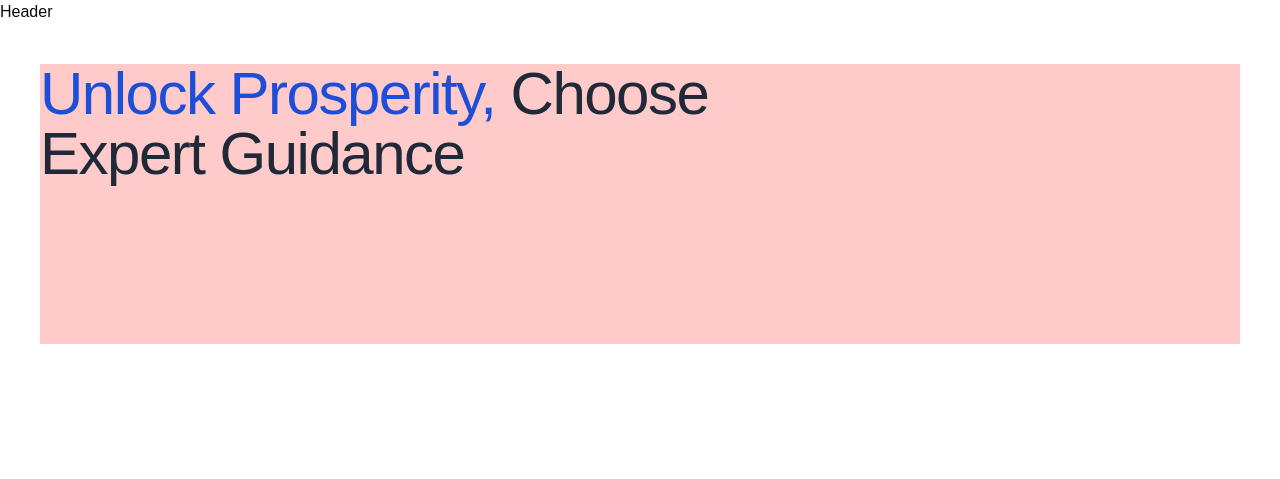
Repository: vespersolutionspk18/integrast-website
Page: /
The author's editor kept a copy of each file at every save. The page is drawn from the files as they stood at one save, then again after the next save.
The browser window is 1280 px wide. The pictures show the whole page.
The project was rebuilt for these pictures with package versions that can differ from the ones it lists, and the page was loaded fresh each time. The framework's server and built-in components were replaced by stand-ins that run in the browser. Also part of the build but not shown: next.config.ts.

Above is the page before, as saved 2024-12-09 14:44:00.

### app/page.tsx
import Image from "next/image";
import Header from "./Header";
import Hero from "./Hero";

export default function Home() {
  return (
    <div>
      <Header />
      <Hero />
    </div>
  );
}

### app/Hero.tsx
import React from 'react'

const Hero = () => {
  return (
    <div className="flex flex-col p-10 ">
        <div className="flex flex-row mt-22 h-[280px] bg-red-200">
            <div className="w-[60%] flex flex-col">
                <h1 className="font-light text-6xl text-blue-700 tracking-tight">Unlock Prosperity, <span className="text-gray-800">Choose Expert Guidance</span></h1>
            </div>
        </div>
    </div>
  )
}

export default Hero

Loaded but not shown: app/layout.tsx (common file); app/globals.css (common file); app/Header.tsx (common file); tailwind.config.ts (common file)

After the next save:
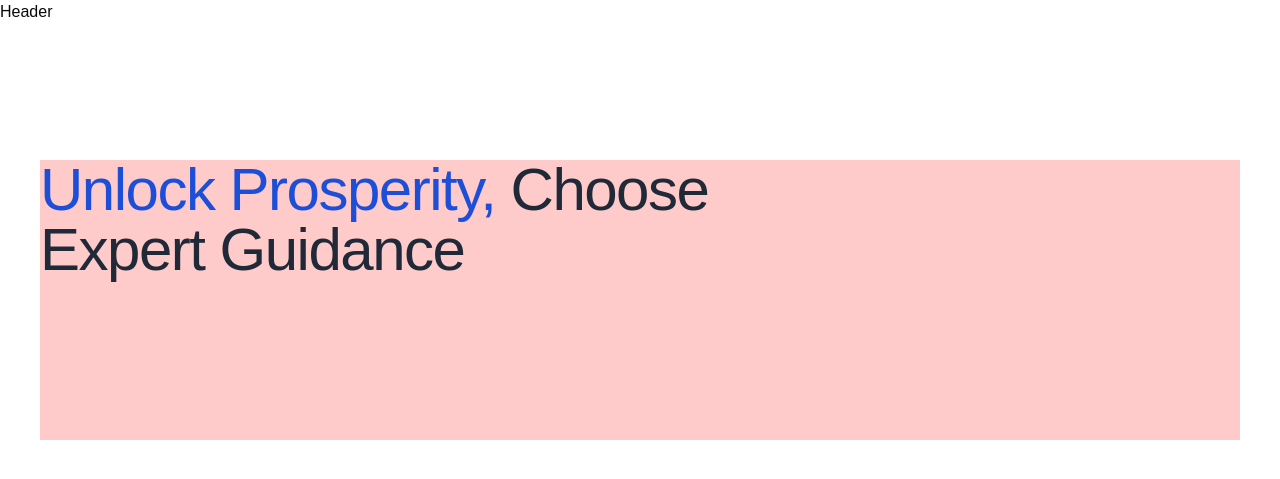
Saved 4 s later.
--- a/app/Hero.tsx
+++ b/app/Hero.tsx
@@ -3,7 +3,7 @@ import React from 'react'
 const Hero = () => {
   return (
     <div className="flex flex-col p-10 ">
-        <div className="flex flex-row mt-22 h-[280px] bg-red-200">
+        <div className="flex flex-row mt-24 h-[280px] bg-red-200">
             <div className="w-[60%] flex flex-col">
                 <h1 className="font-light text-6xl text-blue-700 tracking-tight">Unlock Prosperity, <span className="text-gray-800">Choose Expert Guidance</span></h1>
             </div>
